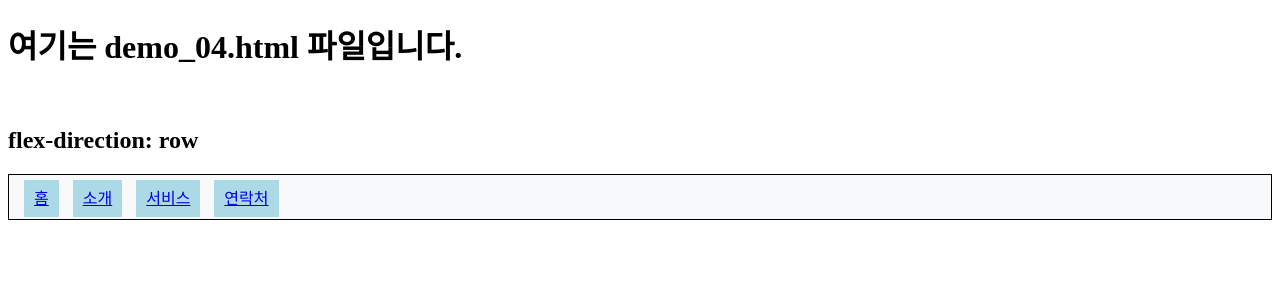
Repository: kimmingyeong225/totalJSP
Page: class_flexbox_011/src/main/webapp/demo_04.html
An editor plug-in stored every save of this project. The page is shown before and after the next save, followed by the edit.
The browser window is 1280 px wide. The pictures show the whole page.

Above is the page before, as saved 2024-07-01 01:17:23.

After the next save:
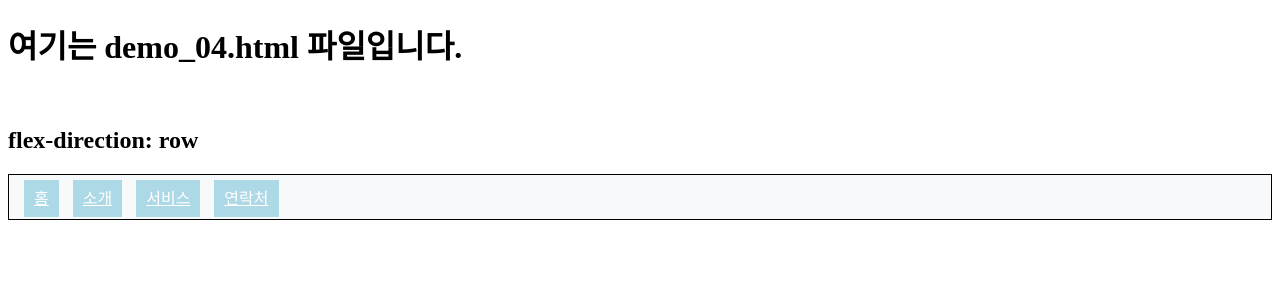
Saved 46 s later.
--- a/class_flexbox_011/src/main/webapp/demo_04.html
+++ b/class_flexbox_011/src/main/webapp/demo_04.html
@@ -17,6 +17,8 @@
 		margin: 5px;
 		padding: 10px;
 		background-color: lightblue;
+		color: white;
+		text-align: center;
 	}
 
 </style>
